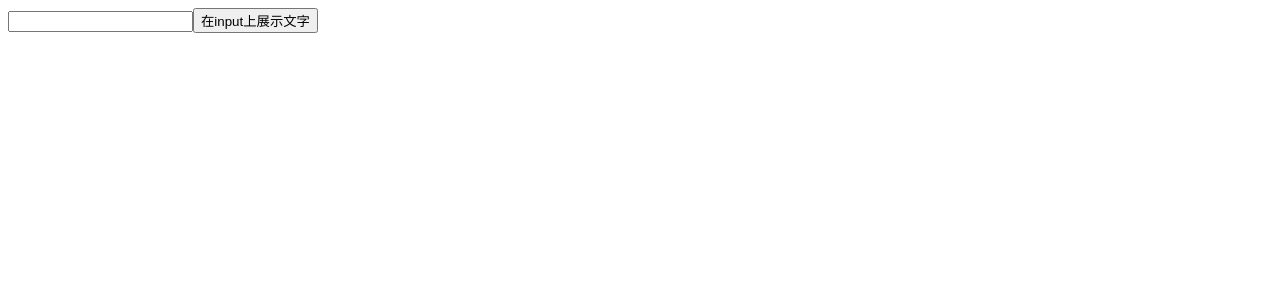
Repository: fuuka10969/react
Page: / (app in demo/react-hooks/demo01/)
An editor plug-in stored every save of this project. The page is shown before and after a run of saves, followed by the edit.
The browser window is 1280 px wide. The pictures show the whole page.
The project was rebuilt for these pictures with package versions that can differ from the ones it lists, and the page was loaded fresh each time.

Above is the page before, as saved 2021-02-11 16:35:32.

After the next 3 saves:
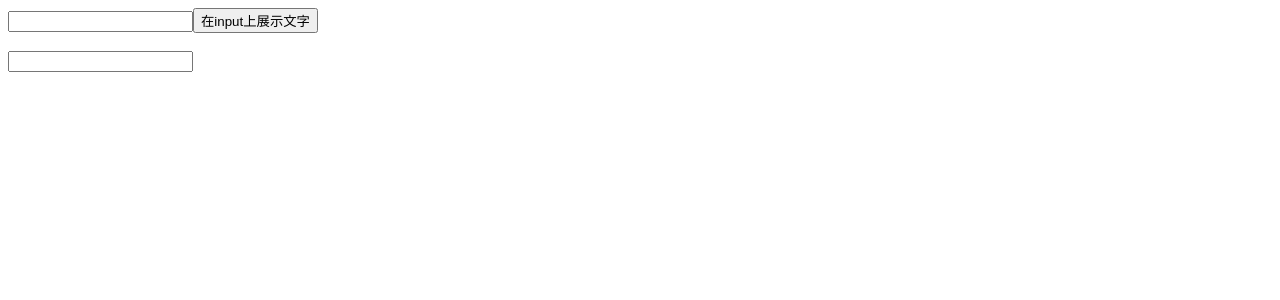
The 3 saves are shown as one change because 2 did not build or start.
The last was saved 106 s later.
--- a/demo/react-hooks/demo01/src/Example8.js
+++ b/demo/react-hooks/demo01/src/Example8.js
@@ -1,4 +1,4 @@
-import React, { useRef } from 'react';
+import React, { useState, useRef } from 'react';
 
 function Example8() {
   const inputEl = useRef(null)
@@ -6,10 +6,15 @@ function Example8() {
     inputEl.current.value = 'Hello, fuuka'
     console.log(inputEl)
   }
+
+  const [text, setText] = useState()
   return (
     <>
       <input ref={inputEl} type="text" />
       <button onClick={onButtonClick}>在input上展示文字</button>
+      <br />
+      <br />
+      <input value={text} onChange={(e) => {setText(e.target.value)}} />
     </>
   )
 }
